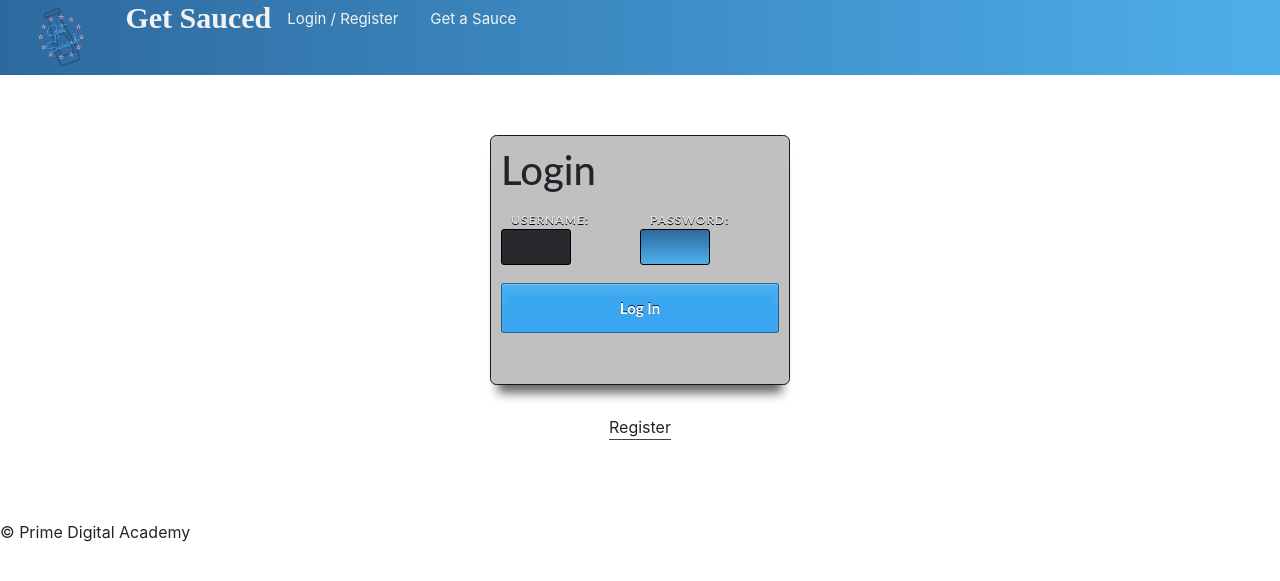
Repository: cossalter18/getSauced
Page: /
An editor plug-in stored every save of this project. The page is shown before and after the next save, followed by the edit.
The browser window is 1280 px wide. The pictures show the whole page.
The pointer rests on the first visible `.form-3 input[type=text]`.
The page's requests for data from a server got no answer. The project was rebuilt for these pictures with package versions that can differ from the ones it lists, and the page was loaded fresh each time. No one was signed in, and anything a server would have sent is missing. Also part of the build but not shown: src/components/LogOutButton/LogOutButton.js, src/components/RegisterPage/RegisterPage.js, src/components/AboutPage/AboutPage.css, src/components/AboutPage/AboutPage.js, src/components/UserPage/UserPage.js, src/components/BlogPost/BlogPost.js, src/components/NewPost/NewPost.css, src/components/NewPost/NewPost.js and 8 more.

Above is the page before, as saved 2020-06-03 11:29:02.

### src/index.js
import React from 'react';
import ReactDOM from 'react-dom';
import { createStore, applyMiddleware } from 'redux';
import { Provider } from 'react-redux';
import createSagaMiddleware from 'redux-saga';
import logger from 'redux-logger';

import rootReducer from './redux/reducers'; // imports ./redux/reducers/index.js
import rootSaga from './redux/sagas'; // imports ./redux/sagas/index.js

import App from './components/App/App';

import '../node_modules/bootstrap/dist/css/bootstrap.min.css'

const sagaMiddleware = createSagaMiddleware();

// this line creates an array of all of redux middleware you want to use
// we don't want a whole ton of console logs in our production code
// logger will only be added to your project if your in development mode
const middlewareList = process.env.NODE_ENV === 'development' ?
  [sagaMiddleware, logger] :
  [sagaMiddleware];

const store = createStore(
  // tells the saga middleware to use the rootReducer
  // rootSaga contains all of our other reducers
  rootReducer,
  // adds all middleware to our project including saga and logger
  applyMiddleware(...middlewareList),
);

// tells the saga middleware to use the rootSaga
// rootSaga contains all of our other sagas
sagaMiddleware.run(rootSaga);

ReactDOM.render(
  <Provider store={store}>
    <App />
  </Provider>,
  document.getElementById('react-root'),
);

### src/redux/reducers/index.js
import { combineReducers } from 'redux';
import errors from './errorsReducer';
import loginMode from './loginModeReducer';
import user from './userReducer';
import threadReducer from './threadsReducer'
import {reducer as formReducer} from 'redux-form'
import favoritesReducer from './favoritesReducer'
import getDetailsReducer from './getDetailsReducer'
import randomReducer from './randomReducer'

// rootReducer is the primary reducer for our entire project
// It bundles up all of the other reducers so our project can use them.
// This is imported in index.js as rootSaga

// Lets make a bigger object for our store, with the objects from our reducers.
// This is what we get when we use 'state' inside of 'mapStateToProps'
const rootReducer = combineReducers({
  errors, // contains registrationMessage and loginMessage
  loginMode, // will have a value of 'login' or 'registration' to control which screen is shown
  user, // will have an id and username if someone is logged in
  threadReducer,
  formReducer,
  favoritesReducer,
  getDetailsReducer,
  randomReducer
});

export default rootReducer;

### src/redux/sagas/index.js
import { all } from 'redux-saga/effects';
import loginSaga from './loginSaga';
import registrationSaga from './registrationSaga';
import userSaga from './userSaga';
import getThreadSaga from './getThreadsSaga'
import newPostSaga from './newPostSaga'
import deleteSaga from './deleteSaga'
import getFavoritesSaga from './getFavoritesSaga'
import getDetailsSaga from './getDetailsSaga'
import updatePostSaga from './updatePostSaga'
import addFavoritesSaga from './addFavoritesSaga'
import getRandomSaga from './getRandom'
// rootSaga is the primary saga.
// It bundles up all of the other sagas so our project can use them.
// This is imported in index.js as rootSaga

// some sagas trigger other sagas, as an example
// the registration triggers a login
// and login triggers setting the user
export default function* rootSaga() {
  yield all([
    loginSaga(),
    registrationSaga(),
    userSaga(),
    getThreadSaga(),
    newPostSaga(),
    deleteSaga(),
    getFavoritesSaga(),
    getDetailsSaga(),
    updatePostSaga(),
    addFavoritesSaga(),
    getRandomSaga()
  ]);
}

### src/redux/reducers/errorsReducer.js
import { combineReducers } from 'redux';

// loginMessage holds the string that will display
// on the login screen if there's an error
const loginMessage = (state = '', action) => {
  switch (action.type) {
    case 'CLEAR_LOGIN_ERROR':
      return '';
    case 'LOGIN_INPUT_ERROR':
      return 'Enter your username and password!';
    case 'LOGIN_FAILED':
      return 'Oops! The username and password didn\'t match. Try again!';
    case 'LOGIN_FAILED_NO_CODE':
      return 'Oops! Something went wrong! Is the server running?';
    default:
      return state;
  }
};

// registrationMessage holds the string that will display
// on the registration screen if there's an error
const registrationMessage = (state = '', action) => {
  switch (action.type) {
    case 'CLEAR_REGISTRATION_ERROR':
      return '';
    case 'REGISTRATION_INPUT_ERROR':
      return 'Choose a username and password!';
    case 'REGISTRATION_FAILED':
      return 'Oops! That didn\'t work. The username might already be taken. Try again!';
    default:
      return state;
  }
};

// make one object that has keys loginMessage, registrationMessage
// these will be on the redux state at:
// state.errors.loginMessage and state.errors.registrationMessage
export default combineReducers({
  loginMessage,
  registrationMessage,
});

### src/redux/reducers/threadsReducer.js
const threadsReducer = (state = [], action) => {
  switch (action.type) {
    case "SET_THREADS":
      return action.payload;
    default:
      return state;
  }
};

export default threadsReducer;

### src/redux/reducers/favoritesReducer.js
const favoritesReducer = (state = [], action) => {
    switch (action.type) {
        case "SET_FAVORITES":
            return action.payload;
        default:
            return state;
    }
};

export default favoritesReducer;

### src/redux/reducers/getDetailsReducer.js
const getDetailsReducer = (state = {}, action) => {
    switch (action.type) {
        case "SET_DETAILS":
            return action.payload[0];
        default:
            return state;
    }
};

export default getDetailsReducer;

### src/redux/reducers/randomReducer.js
const randomReducer = (state = [], action) => {
    switch (action.type) {
        case "SET_RANDOM":
            return action.payload;
        default:
            return state;
    }
};

export default randomReducer;

### src/redux/sagas/loginSaga.js
import { put, takeLatest } from 'redux-saga/effects';
import axios from 'axios';

// worker Saga: will be fired on "LOGIN" actions
function* loginUser(action) {
  try {
    // clear any existing error on the login page
    yield put({ type: 'CLEAR_LOGIN_ERROR' });

    const config = {
      headers: { 'Content-Type': 'application/json' },
      withCredentials: true,
    };

    // send the action.payload as the body
    // the config includes credentials which
    // allow the server session to recognize the user
    yield axios.post('/api/user/login', action.payload, config);

    // after the user has logged in
    // get the user information from the server
    yield put({type: 'FETCH_USER'});
  } catch (error) {
    console.log('Error with user login:', error);
    if (error.response.status === 401) {
      // The 401 is the error status sent from passport
      // if user isn't in the database or
      // if the username and password don't match in the database
      yield put({ type: 'LOGIN_FAILED' });
    } else {
      // Got an error that wasn't a 401
      // Could be anything, but most common cause is the server is not started
      yield put({ type: 'LOGIN_FAILED_NO_CODE' });
    }
  }
}

// worker Saga: will be fired on "LOGOUT" actions
function* logoutUser(action) {
  try {
    const config = {
      headers: { 'Content-Type': 'application/json' },
      withCredentials: true,
    };

    // the config includes credentials which
    // allow the server session to recognize the user
    // when the server recognizes the user session
    // it will end the session
    yield axios.post('/api/user/logout', config);

    // now that the session has ended on the server
    // remove the client-side user object to let
    // the client-side code know the user is logged out
    yield put({ type: 'UNSET_USER' });

  } catch (error) {
    console.log('Error with user logout:', error);
  }
}

function* loginSaga() {
  yield takeLatest('LOGIN', loginUser);
  yield takeLatest('LOGOUT', logoutUser);
}

export default loginSaga;

### src/redux/sagas/registrationSaga.js
import { put, takeLatest } from 'redux-saga/effects';
import axios from 'axios';

// worker Saga: will be fired on "REGISTER" actions
function* registerUser(action) {
  try {
    // clear any existing error on the registration page
    yield put({ type: 'CLEAR_REGISTRATION_ERROR' });

    // passes the username and password from the payload to the server
    yield axios.post('/api/user/register', action.payload);

    // automatically log a user in after registration
    yield put({ type: 'LOGIN', payload: action.payload });

    // set to 'login' mode so they see the login screen
    // after registration or after they log out
    yield put({type: 'SET_TO_LOGIN_MODE'});
  } catch (error) {
      console.log('Error with user registration:', error);
      yield put({type: 'REGISTRATION_FAILED'});
  }
}

function* registrationSaga() {
  yield takeLatest('REGISTER', registerUser);
}

export default registrationSaga;

### src/redux/sagas/userSaga.js
import axios from 'axios';
import { put, takeLatest } from 'redux-saga/effects';

// worker Saga: will be fired on "FETCH_USER" actions
function* fetchUser() {
  try {
    const config = {
      headers: { 'Content-Type': 'application/json' },
      withCredentials: true,
    };

    // the config includes credentials which
    // allow the server session to recognize the user
    // If a user is logged in, this will return their information
    // from the server session (req.user)
    const response = yield axios.get('/api/user', config);

    // now that the session has given us a user object
    // with an id and username set the client-side user object to let
    // the client-side code know the user is logged in
    yield put({ type: 'SET_USER', payload: response.data });
  } catch (error) {
    console.log('User get request failed', error);
  }
}

function* userSaga() {
  yield takeLatest('FETCH_USER', fetchUser);
}

export default userSaga;

### src/redux/sagas/getThreadsSaga.js
import axios from "axios";
import { put, takeEvery } from "redux-saga/effects";

function* getThreads() {
  try {
    const response = yield axios.get("/api/threads");
    console.log("++++++++++++++", response.data)
    yield put({ type: "SET_THREADS", payload: response.data });

  } catch (error) {
    console.log("Error in GET", error);
  }
}

function* threadSaga() {
  yield takeEvery("GET_THREADS", getThreads);
}

export default threadSaga;

### src/redux/sagas/newPostSaga.js
import axios from "axios";
import { put, takeEvery } from "redux-saga/effects";

function* addPost(action) {
  try {
   console.log("action.payload!!!!!!!!!!!!!", action.payload);
   const response = yield axios.post('/api/threads', action.payload);
   yield put({ type: "GET_THREADS"})

  }catch (error){
      console.log(error);
  }
}

function* newPostSaga() {
  yield takeEvery("NEW_POST", addPost);
}

export default newPostSaga;

//we are going to reuse SET_THREADS reducer

### src/redux/sagas/deleteSaga.js
import axios from "axios";
import { put, takeEvery } from "redux-saga/effects";

function* deletePost(action) {
    try {
        console.log('action.payload =======', action.payload);
        console.log('!!!!!!!!!!!!!!!!!!!!!', action);

        const response = yield axios.delete(`/api/threads/${action.payload}`)
        yield put ({type: "GET_THREADS", payload: response.data})
    } catch (error) {
        console.log("Error in DELETE!!!!!!!!!!!!!!", error);
    }
}

function* deleteSaga() {
    yield takeEvery("DELETE_POST", deletePost);
}

export default deleteSaga;

### src/redux/sagas/getFavoritesSaga.js
import axios from "axios";
import { put, takeEvery } from "redux-saga/effects";

function* getFavorites() {
  try {
    const response = yield axios.get("/api/favorites");
    console.log("!!! FAVORITES !!! ========>", response.data);
    yield put({ type: "SET_FAVORITES", payload: response.data });
  } catch (error) {
    console.log("Error in GET", error);
  }
}

function* getFavoritesSaga() {
  yield takeEvery("GET_FAVORITES", getFavorites);
}

export default getFavoritesSaga;

### src/redux/sagas/getDetailsSaga.js
import axios from "axios";
import { put, takeEvery } from "redux-saga/effects";

function* getDetail(action) {
    try {
        const id = action.payload
        const response = yield axios.get(`/api/threads/blog/${id}`);
        console.log("MADE IT TO getDetail SAGA!!!!!!")
        yield put({ type: "SET_DETAILS", payload: response.data });
    } catch (error) {
        console.log("Error in GET", error);
    }
}

function* getDetailsSaga() {
    yield takeEvery("GET_DETAILS", getDetail);
}

export default getDetailsSaga;

### src/redux/sagas/updatePostSaga.js
import axios from "axios";
import {put, takeEvery } from "redux-saga/effects";

function* updatePost(action) {
    console.log('UpdatePost!!!!!!!!!', action.payload);

    try {
        const response = yield axios.put(`/api/threads/${action.payload.id}`, action.payload)
        console.log('IN UPDATE POST PUT', response);
        // yield put ({type: 'SET_THREADS'})

    } catch (error) {
        console.log(error);
    }
}

function* updatePostSaga() {
    yield takeEvery("UPDATE_POST", updatePost);
}

export default updatePostSaga;

### src/redux/sagas/addFavoritesSaga.js
import axios from "axios";
import { put, takeEvery } from "redux-saga/effects";

function* addFavorites() {
    try {
        const response = yield axios.post("/api/favorites");
        console.log("!!! FAVORITES !!! ========>", response.data);
        yield put({ type: "SET_FAVORITES", payload: response.data });
    } catch (error) {
        console.log("Error in FAVORITES POST", error);
    }
}

function* addFavoritesSaga() {
    yield takeEvery("ADD_FAVORITES", addFavorites);
}

export default addFavoritesSaga;

### src/redux/sagas/getRandom.js
import axios from "axios";
import { put, takeEvery } from "redux-saga/effects";

//https://spoonacular-recipe-food-nutrition-v1.p.rapidapi.com/recipes/random

function* getRandom(action) {
    console.log("IN API REQUEST:", action)
    try {
        const response = yield axios({
            "method": "GET",
            "url": "",
            "headers": {
                "content-type": "application/octet-stream",
                "x-rapidapi-host": "spoonacular-recipe-food-nutrition-v1.p.rapidapi.com",
                "x-rapidapi-key": "c31d4b7038mshacdc5b1ac5dafd5p11278fjsnc256fb5cf578",
                "useQueryString": true
            }, "params": {
                "number": "1",
                "tags": "sauce"
            }
        })
        yield put({ type: "SET_RANDOM", payload: response.data.recipes });
    } catch (error) {
        console.log("Error in GET", error);
    }
}

function* getRandomSaga() {
    yield takeEvery("GET_RANDOM", getRandom);
}

export default getRandomSaga;

### src/components/Nav/Nav.js
import React from "react";
import { Link } from "react-router-dom";
import { connect } from "react-redux";
import LogOutButton from "../LogOutButton/LogOutButton";
import "./Nav.css";

const Nav = (props) => (
  <div className="nav">
    <Link to="/home">
      <img className="logo" src="GetSauced.png" alt="logo" />
      <h2 className="nav-title">Get Sauced</h2>
    </Link>
    <div className="nav-right">
      <Link className="nav-link" to="/home">
        {/* Show this link if they are logged in or not,
        but call this link 'Home' if they are logged in,
        and call this link 'Login / Register' if they are not */}
        {props.user.id ? "Home" : "Login / Register"}
      </Link>
      {/* Show the link to the info page and the logout button if the user is logged in */}
      {props.user.id && (
        <>
          <Link className="nav-link" to="/info">
            Blog Post
          </Link>
          <Link className="nav-link" to="/favorite">
            Favorites
          </Link>
          <Link className="nav-link" to="/profile">
            Profile
          </Link>
          {/* <LogOutButton className="nav-link" /> */}
        </>

      )}
      {/* Always show this link since the about page is not protected */}
      <Link className="nav-link" to="/about">
        Get a Sauce
      </Link>
    </div>
  </div>
);

// Instead of taking everything from state, we just want the user
// object to determine if they are logged in
// if they are logged in, we show them a few more links
// if you wanted you could write this code like this:
// const mapStateToProps = ({ user }) => ({ user });
const mapStateToProps = (state) => ({
  user: state.user,
});

export default connect(mapStateToProps)(Nav);

### src/components/App/App.css
body {
    font-family: 'Segoe UI', Tahoma, Geneva, Verdana, sans-serif;
    margin: 0px;
}

.alert {
    background-color: #ff4545;
    margin: 50px;
}

form {
    background-color: #dbd5d5;
    width: 30%;
    height: 250px;
    margin: 20px auto;
    padding: 25px;
    border-radius: 2px;
}

input {
    margin: 5px;
    margin-bottom: 10px;
}

.log-in, .log-out, .register {
  background-image: linear-gradient(to right, #2d699e, #4eafeb);
  border-radius: 4px;
  color: #f8f8f8;
  min-height: 50px;
  min-width: 100px;
  outline:0;
  cursor: pointer;
}

.log-in:hover, .log-out:hover, .register:hover {
  background-color: #008183;
}

/* This line makes the "Register" and "Login" buttons look like links */
.link-button {
    background:none;
    color:inherit;
    border:none;
    padding:0;
    font: inherit;
    outline:0;
    border-bottom:1px solid #444;
    cursor: pointer;
}

### src/components/Nav/Nav.css
.nav-title {
    font-size: 30px;
    font-weight: 700;
    display: inline-block;
    color: #f2f2f2;
    padding-left: 10px;
    font-family: "SignPainter";
}

.nav {
  overflow: hidden;
  background-image: linear-gradient(to right, #2d699e, #4eafeb)
}

.nav-link {
  float: left;
  color: #f2f2f2;
  /* background-color: #00acb0; */
  text-align: center;
  padding: 24px 10px;
  text-decoration: none;
  font-size: 15px;

  /* these last two make the logout button in
  the nav bar look like another link */
  border:none;
  /* cursor: pointer; */
  outline:0;
}

.nav-link:hover {
  background-color: #87A8C5
}

.nav-right {
  float: right;
}

.logo {
  height:75px;
  width: auto;
  float: left;
}

### src/components/LoginPage/LoginPage.js
import React, { Component } from 'react';
import { connect } from 'react-redux';
import './LoginPage.css'

class LoginPage extends Component {
  state = {
    username: '',
    password: '',
  };

  login = (event) => {
    event.preventDefault();

    if (this.state.username && this.state.password) {
      this.props.dispatch({
        type: 'LOGIN',
        payload: {
          username: this.state.username,
          password: this.state.password,
        },
      });
    } else {
      this.props.dispatch({ type: 'LOGIN_INPUT_ERROR' });
    }
  } // end login

  handleInputChangeFor = propertyName => (event) => {
    this.setState({
      [propertyName]: event.target.value,
    });
  }

  render() {
    return (
      <div>
        {this.props.errors.loginMessage && (
          <h2
            className="alert"
            role="alert"
          >
            {this.props.errors.loginMessage}
          </h2>
        )}
        <form className="form-3" onSubmit={this.login}>
          <h1>Login</h1>
          <div>
            <label htmlFor="username">
              Username:
              <input type="text" name="username" value={this.state.username} onChange={this.handleInputChangeFor('username')}/>
            </label>
          </div>
          <div>
            <label htmlFor="password">
              Password:
              <input type="password" name="password" value={this.state.password} onChange={this.handleInputChangeFor('password')}/>
            </label>
          </div>
          <div>
            <input className="log-in" type="submit" name="submit" value="Log In"/>
          </div>
        </form>
        <center>
          <button
            type="button"
            className="link-button"
            onClick={() => {this.props.dispatch({type: 'SET_TO_REGISTER_MODE'})}}
          >
            Register
          </button>
        </center>
      </div>
    );
  }
}

// Instead of taking everything from state, we just want the error messages.
// if you wanted you could write this code like this:
// const mapStateToProps = ({errors}) => ({ errors });
const mapStateToProps = state => ({
  errors: state.errors,
});

export default connect(mapStateToProps)(LoginPage);

### src/components/BlogPost/BlogPost.css
.nav-right {
  float: right;
  margin-right: 30px;

}

h2 {
  cursor: pointer;
}

.content {
  font-size: 10px;
}

.button{
  margin: 100px;
  padding: 25px;
}


/* .container {
   width: 75%;
    height: 10rem;
    margin: auto;
    background-color:#4eafeb;
    border-radius: 10px;
} */


.container {
    box-sizing: border-box;
    width: 75%;
    height: 10rem;
    margin-top: 35px;
    margin-bottom: 8px;
    background-color:#4eafeb;
    border-radius: 10px;
    /* white-space: nowrap; */
  overflow: hidden;
  text-overflow: ellipsis;
}

.child {
 white-space: nowrap;
  overflow: hidden;
  text-overflow: ellipsis;

}


/*
.child {
 flex: 1;
    height: auto;
    margin: auto;
    border-color: red;
    border-width: 10px;
} */

### src/components/LoginPage/LoginPage.css
.form-3 {
    font-family: 'Ubuntu', 'Lato', sans-serif;
    font-weight: 400;
    /* Size and position */
    width: 300px;
    position: relative;
    margin: 60px auto 30px;
    padding: 10px;
    overflow: hidden;

    /* Styles */
    background: silver;
    border-radius: 0.4em;
    border: 1px solid #191919;
    box-shadow:
        inset 0 0 2px 1px rgba(255,255,255,0.08),
        0 16px 10px -8px rgba(0, 0, 0, 0.6);
}

.form-3 label {
    /* Size and position */
    width: 50%;
    float: left;
    padding-top: 9px;

    /* Styles */
    color: #ddd;
    font-size: 12px;
    text-transform: uppercase;
    letter-spacing: 1px;
    text-shadow: 0 1px 0 #000;
    text-indent: 10px;
    font-weight: 700;
    cursor: pointer;
}

.form-3 input[type=text],
.form-3 input[type=password] {
    /* Size and position */
    width: 50%;
    float: left;
    padding: 8px 5px;
    margin-bottom: 10px;
    font-size: 12px;

    /* Styles */
    background: linear-gradient(#2d699e, #4eafeb);
    border: 1px solid #000;

    border-radius: 3px;

    /* Font styles */
    font-family: 'Ubuntu', 'Lato', sans-serif;
    color: #fff;

}

.form-3 input[type=text]:hover,
.form-3 input[type=password]:hover,
.form-3 label:hover ~ input[type=text],
.form-3 label:hover ~ input[type=password] {
    background: #27292c;
}

.form-3 input[type=text]:focus,
.form-3 input[type=password]:focus {
    box-shadow: inset 0 0 2px #000;
    background: #494d54;
    border-color: #51cbee;
    outline: none; /* Remove Chrome outline */
}

.form-3 label[for=remember] {
    width: auto;
    float: none;
    display: inline-block;
    text-transform: capitalize;
    font-size: 11px;
    font-weight: 400;
    letter-spacing: 0px;
    text-indent: 2px;
}

.form-3 input[type=checkbox] {
    margin-left: 10px;
    vertical-align: middle;
}

.form-3 input[type=submit] {
    /* Width and position */
    width: 100%;
    padding: 8px 5px;

    /* Styles */
    border: 1px solid #0273dd; /* Fallback */
    border: 1px solid rgba(0,0,0,0.4);
    box-shadow:
        inset 0 1px 0 rgba(255,255,255,0.3),
        inset 0 10px 10px rgba(255,255,255,0.1);
    border-radius: 3px;
    background: #38a6f0;
    cursor:pointer;

    /* Font styles */
    font-family: 'Ubuntu', 'Lato', sans-serif;
    color: white;
    font-weight: 700;
    font-size: 15px;
    text-shadow: 0 -1px 0 rgba(0,0,0,0.8);
}

.form-3 input[type=submit]:hover {
    box-shadow: inset 0 1px 0 rgba(255,255,255,0.6);
}

.form-3 input[type=submit]:active {
    background: #287db5;
    box-shadow: inset 0 0 3px rgba(0,0,0,0.6);
    border-color: #000; /* Fallback */
    border-color: rgba(0,0,0,0.9);
}

.no-boxshadow .form-3 input[type=submit]:hover {
    background: #2a92d8;
}

Loaded but not shown: public/index.html (common file); src/redux/reducers/loginModeReducer.js (common file); src/redux/reducers/userReducer.js (common file); src/components/Footer/Footer.js (common file); src/components/Footer/Footer.css (common file); src/components/App/App.js (98 lines, source omitted); src/components/ProtectedRoute/ProtectedRoute.js (66 lines, source omitted)

After the next save:
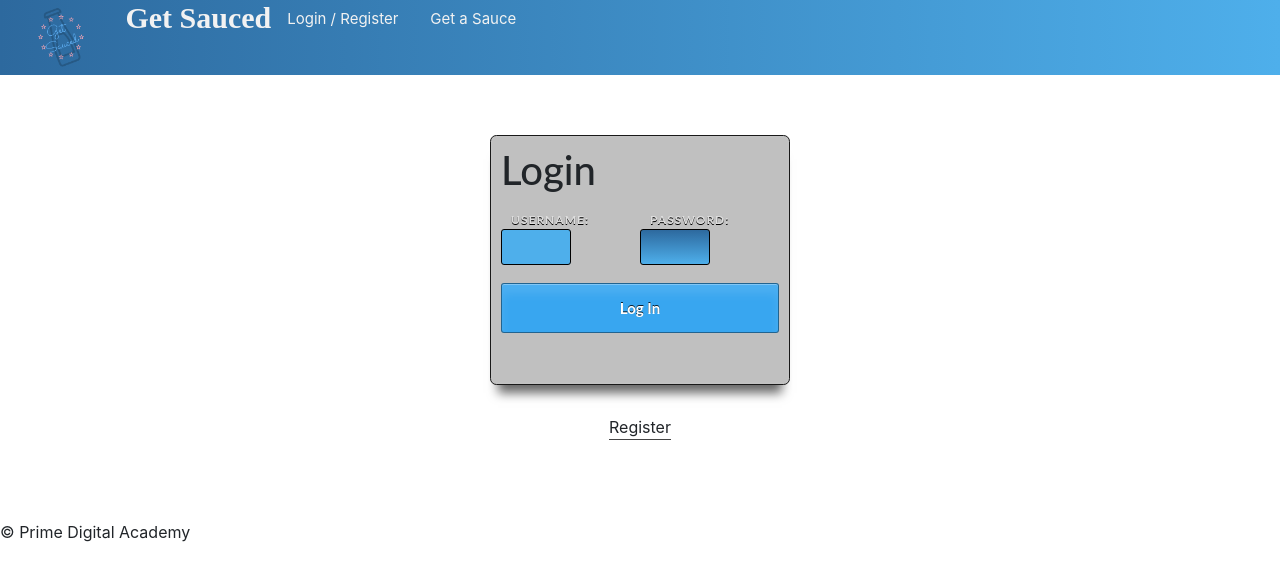
Saved 18 s later.
--- a/src/components/LoginPage/LoginPage.css
+++ b/src/components/LoginPage/LoginPage.css
@@ -59,7 +59,7 @@
 .form-3 input[type=password]:hover,
 .form-3 label:hover ~ input[type=text],
 .form-3 label:hover ~ input[type=password] {
-    background: #27292c;
+    background: #4eafeb;
 }
 
 .form-3 input[type=text]:focus,
